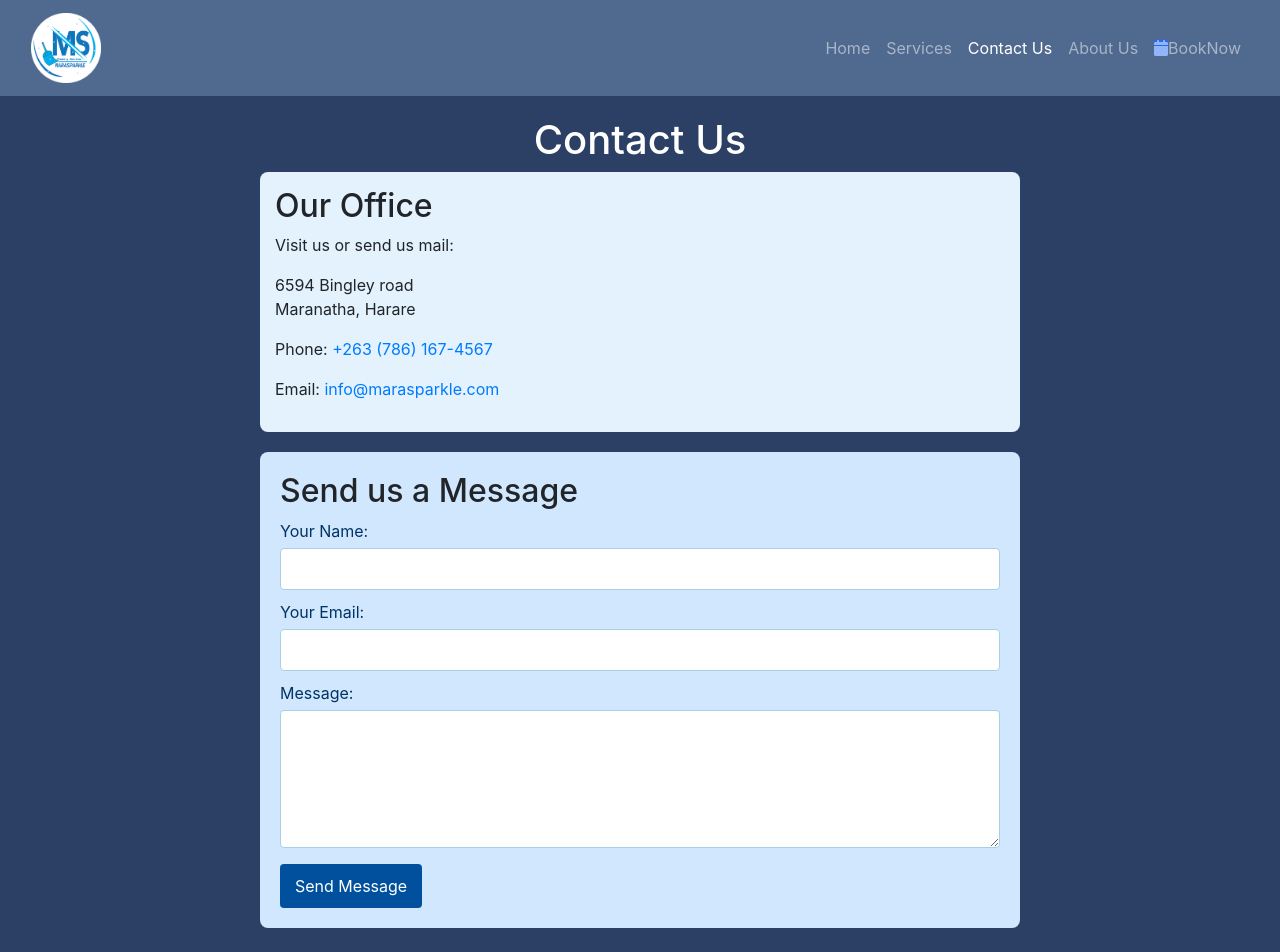
Repository: guineveretim/sparkle
Page: http://localhost/contact/
An editor plug-in stored every save of this project. The page is shown before and after the next save, followed by the edit.
The browser window is 1280 px wide. The pictures show the part of the page from y = 0 to 952 px (the page is 1439 px tall).
Pictures or frames that could not be fetched are drawn as grey boxes. The page is served by the project's application, run on Django 5.2 (manage.py).

Above is the page before, as saved 2025-04-16 10:32:47.

After the next save:
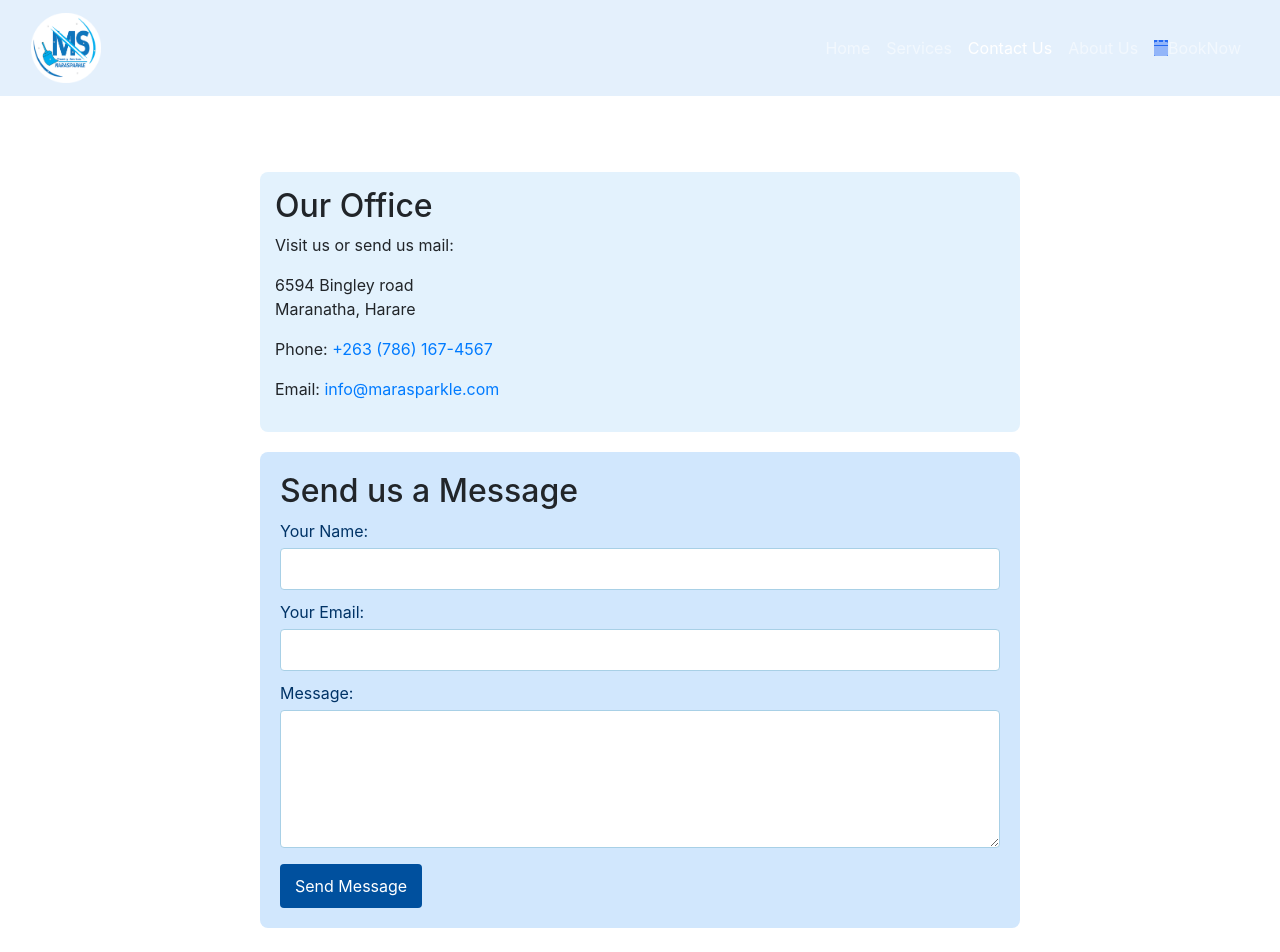
Saved 2 min 2 s later.
--- a/templates/application/contact.html
+++ b/templates/application/contact.html
@@ -22,9 +22,11 @@
     <style>
 
 
-body{
-    background-color: #2c3f64;
-  }
+        body{
+            background-color:rgb(255, 255, 255);
+            overflow-x: hidden;
+
+          }
 
 
 

After the save that followed:
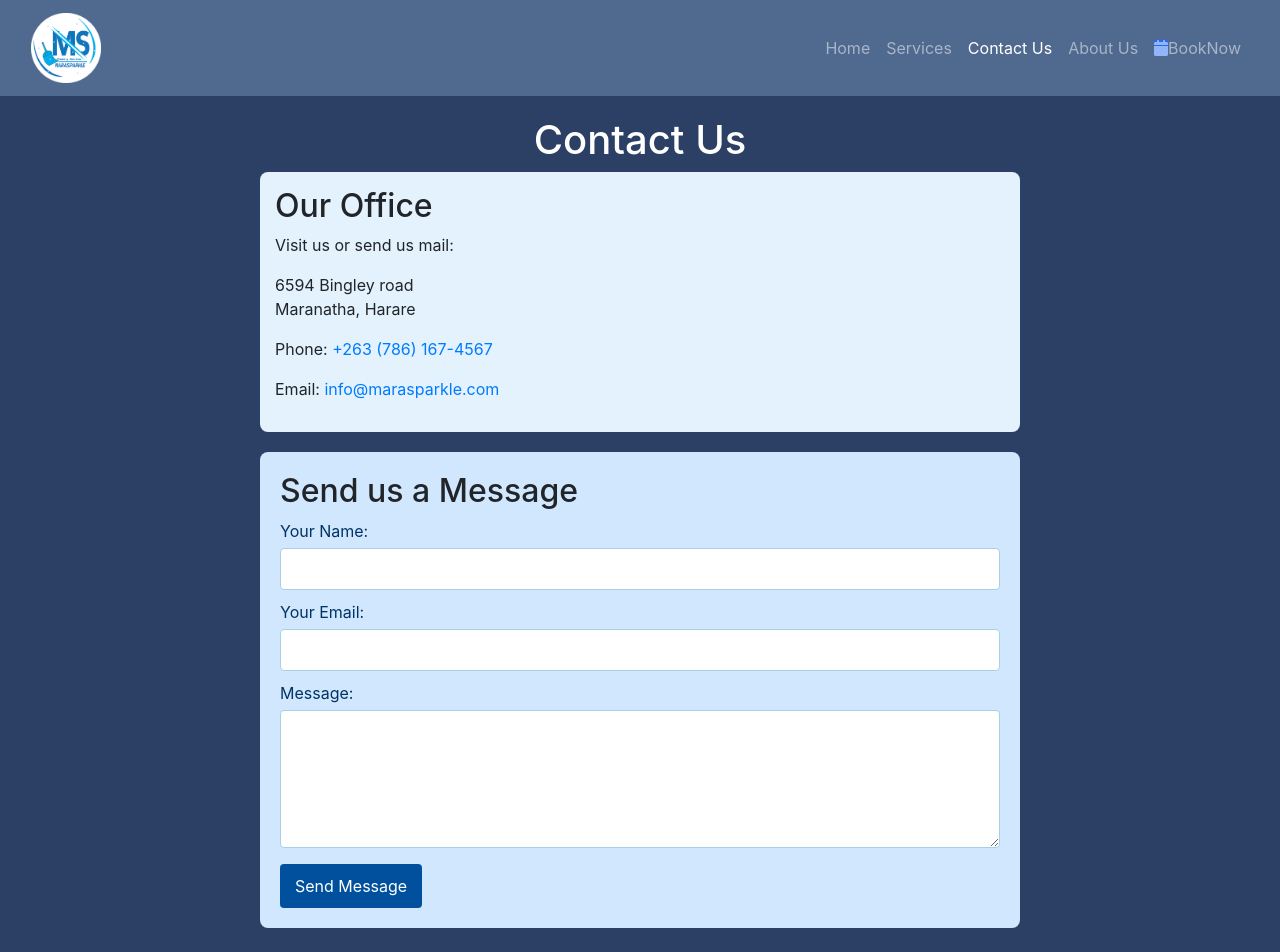
Saved 23 s later.
--- a/templates/application/contact.html
+++ b/templates/application/contact.html
@@ -22,11 +22,9 @@
     <style>
 
 
-        body{
-            background-color:rgb(255, 255, 255);
-            overflow-x: hidden;
-
-          }
+body{
+    background-color: #2c3f64;
+  }
 
 
 
